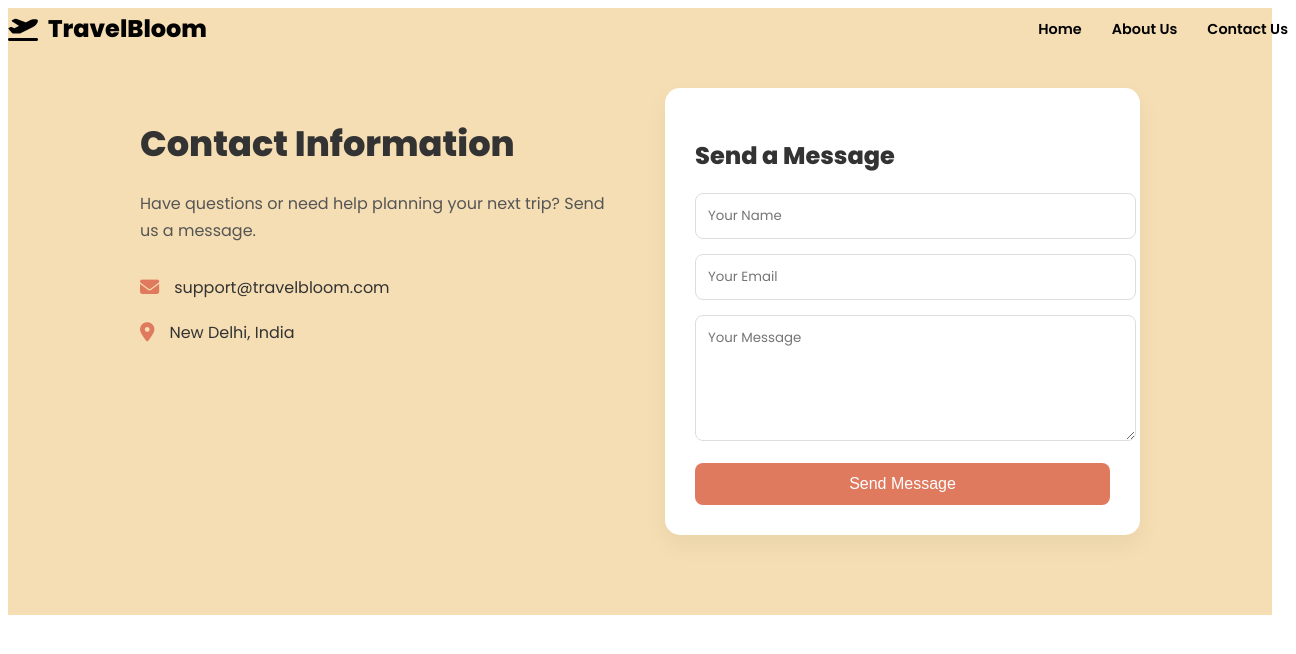
Repository: LatikaAdhikari064/TravelBloom_Project
Page: contact.html
The author's editor kept a copy of each file at every save. The page is drawn from the files as they stood at one save, then again after the next save.
The browser window is 1280 px wide. The page is 1288 px wide, then 1296 px, so the pictures cover 1296 px, including what lies to the right of the window. The pictures show the whole page.

Above is the page before, as saved 2026-01-08 20:50:22.

### contact.html
<!DOCTYPE html>
<html lang="en">
<head>
    <meta charset="UTF-8">
    <meta name="viewport" content="width=device-width, initial-scale=1.0">
    <title>Contact Us - TravelBloom</title>

    <!-- Fonts & Icons -->
    <link href="https://fonts.googleapis.com/css2?family=Poppins:wght@300;400;600;800&display=swap" rel="stylesheet">
    <link rel="stylesheet" href="https://cdnjs.cloudflare.com/ajax/libs/font-awesome/6.4.0/css/all.min.css">

    <!-- CSS -->
    <link rel="stylesheet" href="contact.css">
</head>
<body>

    <nav class="navbar">
        <div class="logo">
            <i class="fas fa-plane-departure"></i> TravelBloom
        </div>
        <ul class="nav-links">
            <li><a href="/">Home</a></li>
            <li><a href="about.html">About Us</a></li>
            <li><a href="contact.html">Contact Us</a></li>
        </ul>
    </nav>
    <!-- CONTACT SECTION -->
    <section class="contact-section">
        <div class="contact-container">

            <!-- INFO -->
            <div class="contact-info">
                <h2>Contact Information</h2>
                <p>Have questions or need help planning your next trip? Send us a message.</p>

                <div class="info-item">
                    <i class="fas fa-envelope"></i>
                    <span>support@travelbloom.com</span>
                </div>

                <div class="info-item">
                    <i class="fas fa-map-marker-alt"></i>
                    <span>New Delhi, India</span>
                </div>
            </div>

            <!-- FORM -->
            <form class="contact-form">
                <h2>Send a Message</h2>

                <input type="text" placeholder="Your Name" required>
                <input type="email" placeholder="Your Email" required>
                <textarea placeholder="Your Message" rows="5" required></textarea>

                <button type="submit">Send Message</button>
            </form>

        </div>
    </section>

</body>
</html>

### contact.css
/* --- CONTACT PAGE STYLES --- */

body {
    font-family: 'Poppins', sans-serif;
}
/* --- Navigation Bar --- */
.navbar {
    position: absolute; /* Sits transparently over the hero image */
    top: 0;
    width: 100%;
    display: flex;
    justify-content: space-between;
    align-items: center;
    z-index: 100; /* Ensures nav is above everything */
    color: rgb(2, 2, 2);
}

.logo {
    font-size: 1.5rem;
    font-weight: 800;
    display: flex;
    align-items: center;
    gap: 10px;
}

.nav-links {
    list-style: none;
    display: flex;
    gap: 30px;
}

.nav-links a {
    text-decoration: none;
    color: rgb(2, 2, 2);
    font-weight: 600;
    font-size: 0.9rem;
    transition: color 0.3s ease;
}

.nav-links a:hover {
    color: #E07A5F; /* Coral accent color */
}

.contact-hero h1 {
    font-size: 3rem;
    font-weight: 800;
}

.contact-hero p {
    font-size: 1.1rem;
    opacity: 0.9;
}

/* SECTION */
.contact-section {
    padding: 80px 20px;
    background:wheat;
}

.contact-container {
    max-width: 1000px;
    margin: auto;
    display: grid;
    grid-template-columns: 1fr 1fr;
    gap: 50px;
}

/* INFO */
.contact-info h2 {
    font-size: 2.2rem;
    margin-bottom: 20px;
    color: #333;
}

.contact-info p {
    color: #555;
    margin-bottom: 30px;
    line-height: 1.7;
}

.info-item {
    display: flex;
    align-items: center;
    gap: 15px;
    margin-bottom: 20px;
    color: #333;
}

.info-item i {
    color: #E07A5F;
    font-size: 1.2rem;
}

/* FORM */
.contact-form {
    background: white;
    padding: 30px;
    border-radius: 15px;
    box-shadow: 0 10px 25px rgba(0,0,0,0.05);
}

.contact-form h2 {
    margin-bottom: 20px;
    color: #333;
}

.contact-form input,
.contact-form textarea {
    width: 100%;
    padding: 12px;
    margin-bottom: 15px;
    border-radius: 8px;
    border: 1px solid #ddd;
    font-family: inherit;
}

.contact-form input:focus,
.contact-form textarea:focus {
    outline: none;
    border-color: #E07A5F;
}

.contact-form button {
    width: 100%;
    padding: 12px;
    background: #E07A5F;
    border: none;
    color: white;
    font-size: 1rem;
    border-radius: 8px;
    cursor: pointer;
    transition: background 0.3s;
}

.contact-form button:hover {
    background: #cf6a52;
}

/* RESPONSIVE */
@media (max-width: 768px) {
    .contact-container {
        grid-template-columns: 1fr;
    }

    .contact-hero h1 {
        font-size: 2.2rem;
    }
}

After the next save:
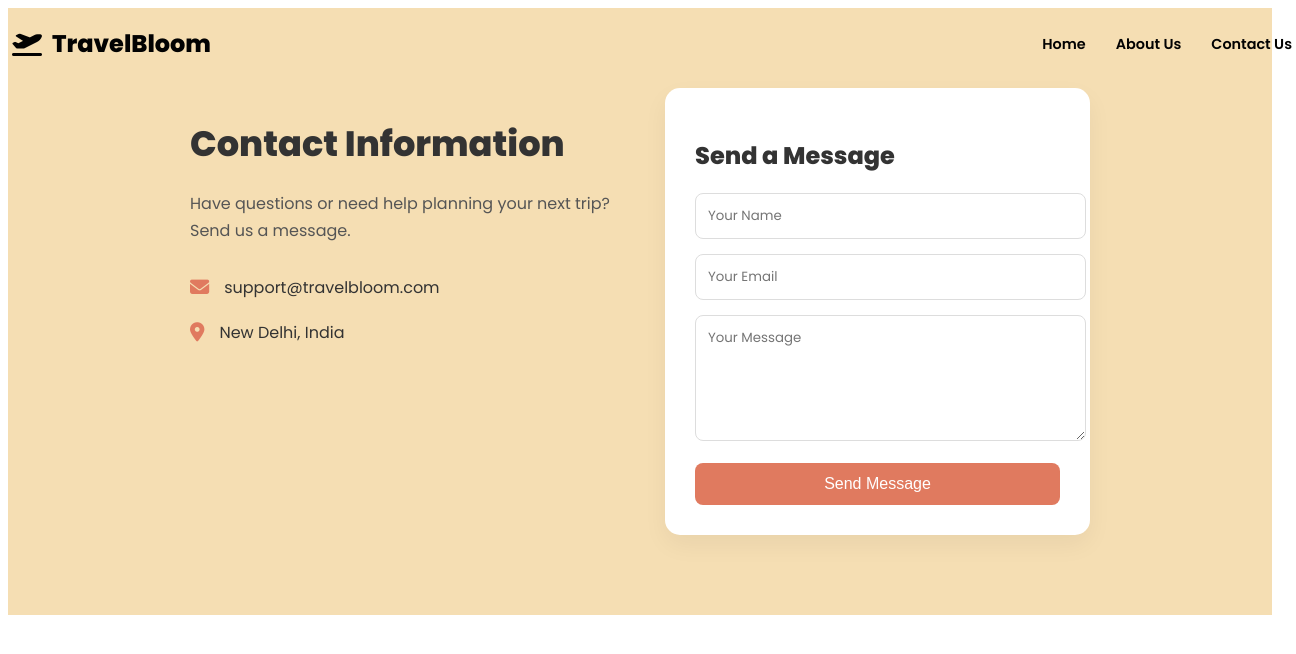
Saved 21 s later.
--- a/contact.css
+++ b/contact.css
@@ -11,6 +11,7 @@ body {
     display: flex;
     justify-content: space-between;
     align-items: center;
+    padding: 15px 4px;
     z-index: 100; /* Ensures nav is above everything */
     color: rgb(2, 2, 2);
 }
@@ -58,7 +59,7 @@ body {
 }
 
 .contact-container {
-    max-width: 1000px;
+    max-width: 900px;
     margin: auto;
     display: grid;
     grid-template-columns: 1fr 1fr;
